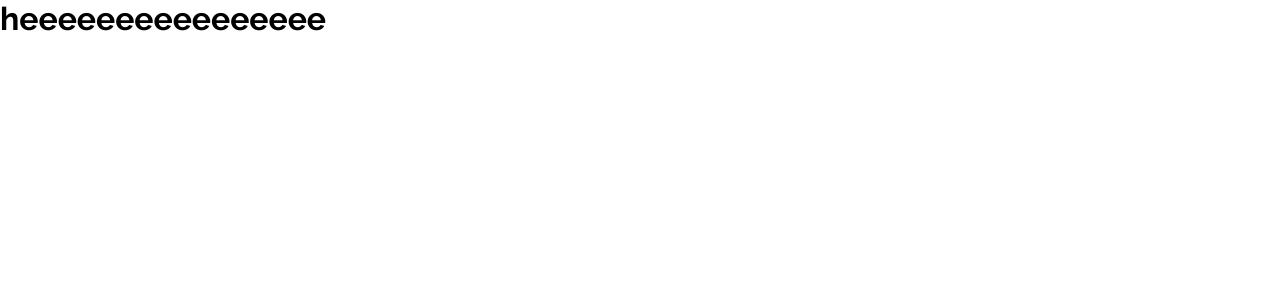
Repository: Farida-Yeasmin-Mim/EventMate_Frontend
Page: /feed
These files come from the project's save history. The page is drawn as it stood at one moment and after the next save; the edit follows.
The browser window is 1280 px wide. The pictures show the whole page.
Pictures or frames that could not be fetched are drawn as grey boxes. The page's requests for data from a server got no answer. The project was rebuilt for these pictures with package versions that can differ from the ones it lists, and the page was loaded fresh each time. No one was signed in, and anything a server would have sent is missing. Also part of the build but not shown: src/components/PostRequest.js, src/pages/auth/Login.js, src/components/seletionTextField/selectGender.js, src/pages/auth/Signup.js, src/components/vendor/RegVendor.js, src/components/offer.js, src/components/productcategories.js, src/components/icontabs.js and 27 more.

Above is the page before, as saved 2022-07-29 21:43:30.

After the next save:
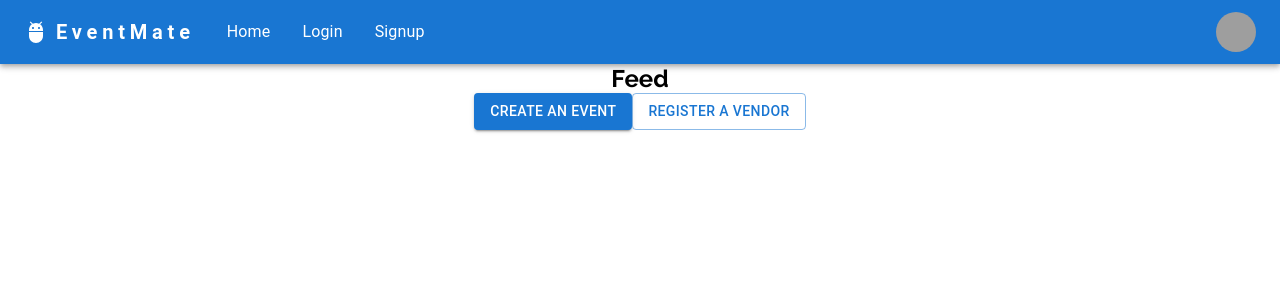
Saved 28 s later.
--- a/src/index.js
+++ b/src/index.js
@@ -16,8 +16,8 @@ root.render(
     {/* <Context>
       <App />
     </Context> */}
-  {/* <App/> */}
-  <h1>heeeeeeeeeeeeeeee</h1>
+  <App/>
+  {/* <h1>heeeeeeeeeeeeeeee</h1> */}
   </React.StrictMode>
 
 );
